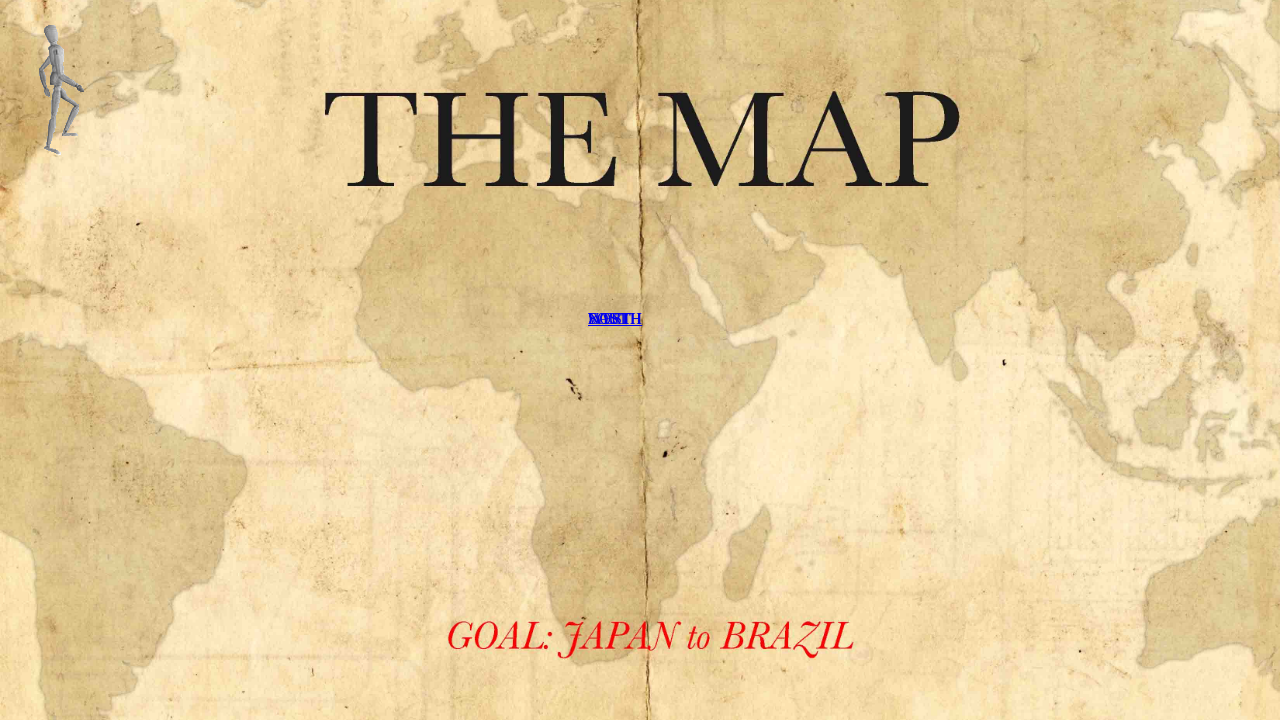
Repository: akihm683/akihm683.github.io
Page: map/first/first.html
The author's editor kept a record of every edit. The page is drawn from the files as they stood at one moment, then again after the next edit.
The browser window is 1280 px wide. The pictures show the whole page.

Above is the page before.

### map/first/first.html
<!DOCTYPE html>
<html>
    <head>
        <title>THE MAP</title>
        <link href="first.css" rel="stylesheet">
            </head>
    <body>
       <div class="figure"><img src="../figure.jpg"></div>
       <div class="north"><a href="../russia/russia.html">NORTH</a></div>
       <div class="south"><a href="../philippines/philippines.html">SOUTH</a></div>
       <div class="east"><a href="../unitedstates/unitedstates.html">EAST</a></div>
       <div class="west"><a href="../southkorea/southkorea.html">WEST</a></div>
    </body>


</html>

### map/first/first.css

body {
  background: url("first.jpg") no-repeat center center fixed;
  -webkit-background-size: cover;
  -moz-background-size: cover;
  -o-background-size: cover;
  background-size: cover;
}

a {
    position:fixed;
    right:50%;
    top:50%;
    width:104px;
    height:164px;
    margin-top:-50px;
    margin-right:-52px;
}

After the next edit:
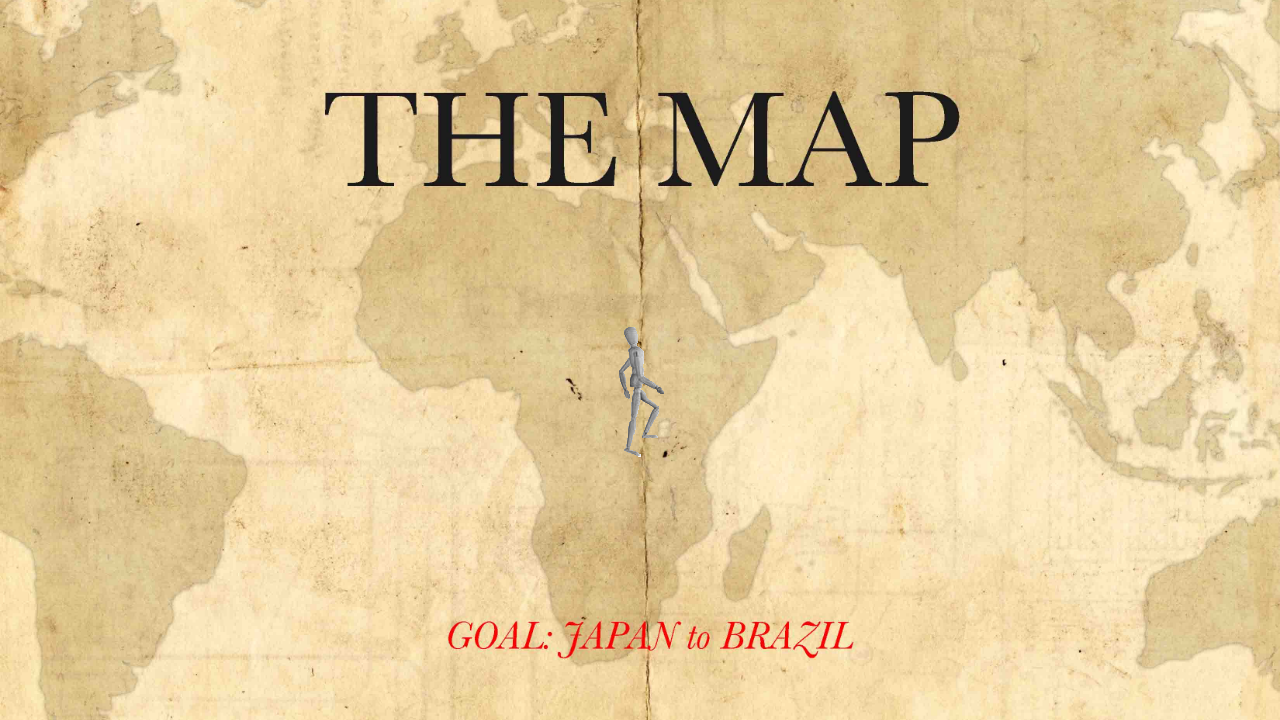
The edit:
--- a/map/first/first.html
+++ b/map/first/first.html
@@ -5,11 +5,7 @@
         <link href="first.css" rel="stylesheet">
             </head>
     <body>
-       <div class="figure"><img src="../figure.jpg"></div>
-       <div class="north"><a href="../russia/russia.html">NORTH</a></div>
-       <div class="south"><a href="../philippines/philippines.html">SOUTH</a></div>
-       <div class="east"><a href="../unitedstates/unitedstates.html">EAST</a></div>
-       <div class="west"><a href="../southkorea/southkorea.html">WEST</a></div>
+        <a href="../japan/japan.html"><img src="../figure.jpg" border="0"></a>
     </body>
 
 
